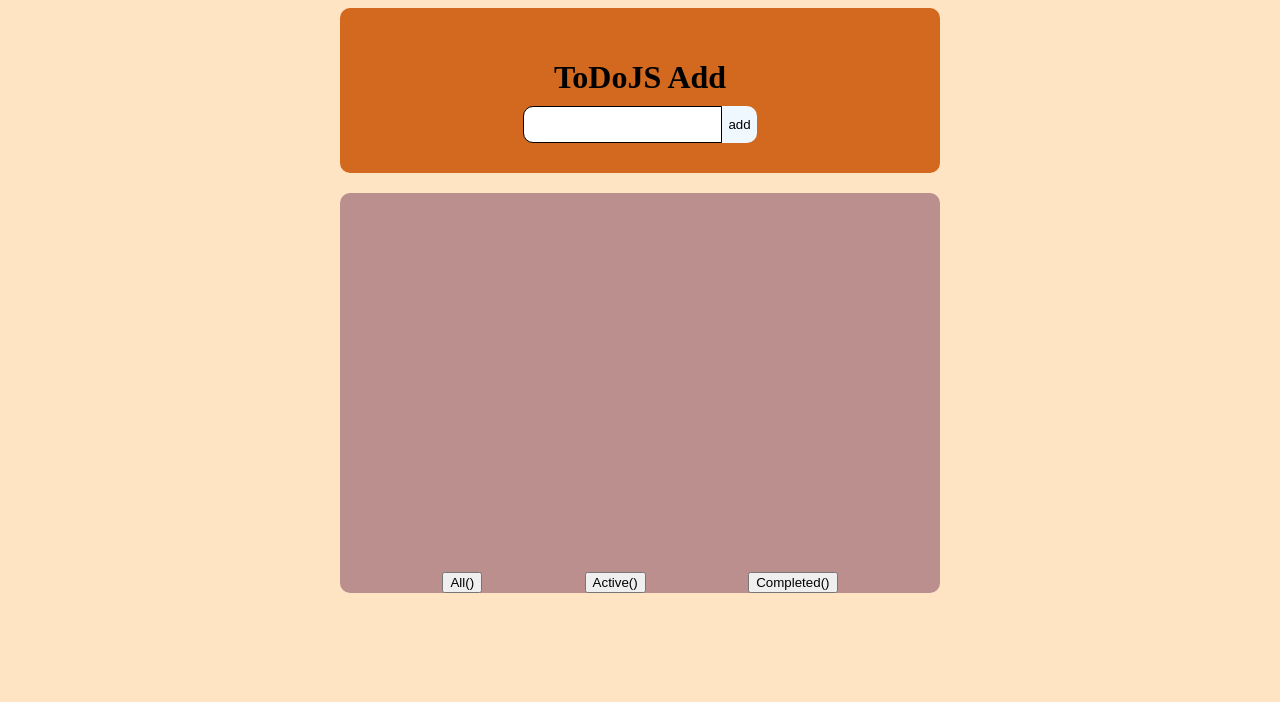
Repository: Savich01/ToDo
Page: index.html
An editor plug-in stored every save of this project. The page is shown before and after the next save, followed by the edit.
The browser window is 1280 px wide. The pictures show the whole page.

Above is the page before, as saved 2024-05-03 14:53:28.

### index.html
<!DOCTYPE html>
<html lang="en">
<head>
    <meta charset="UTF-8">
    <meta name="viewport" content="width=device-width, initial-scale=1.0">
    <link rel="stylesheet" href="css/style.css">
    <title>ToDO</title>
</head>
<body>
    <header class="header">
        <div class="header-block">
            <div class="header-block__sub">
                <h1 class="title">ToDoJS Add</h1>
                <form class="personal" action="#">
                    <input type="text" class="personal-input">
                    <button class="personal-btn">add</button>
                </form>
            </div>
        </div>
    </header>
     <main class="main">
        <div class="main-block">
            <div class="main-container">

            </div>
            <div class="main-button">
                <button class="main-btn1">All()</button>
                <button class="main-btn2">Active()</button>
                <button class="main-btn3">Completed()</button>
            </div>
            </div>
        </div>
     </main>
        <script src="js/script.js"></script>
</body>
</html>

### css/style.css
/*------------HEADER-------------------------------------*/

body {
    max-width: 100%;
    background: #FFE4C4;
}
.header {
    margin-bottom: 20px;
}
.header-block {
    max-width: 600px;
    margin: 0 auto;
    background: #D2691E;
    border-radius: 10px;
}
 .header-block__sub {
    display: flex;
    flex-direction: column;
    justify-content: center;
    align-items: center;
    padding: 30px 0px;
 }

 .title {
    margin-bottom: 10px;
 }

 .personal {
    display: flex;
    justify-content: center;
 }

 .personal-input{
    padding: 10px;
    border: 1px solid #000;
    border-radius: 10px 0px 0px 10px;
 }
.personal-btn {
    border: none;
    background-color: aliceblue;
    border-radius: 0px 10px 10px 0px;
    cursor: pointer;
}
/*------------------MAIN-------------------------------------*/

.main-block {
   max-width: 600px;
   margin: 0 auto;
   background: #BC8F8F;
   height: 400px;
   border-radius: 10px;
}
.main-button {
    /* width: 100%;
    display: flex;
    align-items: center;
    justify-content: space-evenly;
    /* flex-direction: column; */
    /* align-content: flex-start; */
    min-height: 100%;
    display: flex;
    align-items: flex-end;
    justify-content: space-evenly;
}
/*------------------FOOTER--------------------------------------------------*/

Loaded but not shown: js/script.js (no copy from this time; the picture is the same without it)

After the next save:
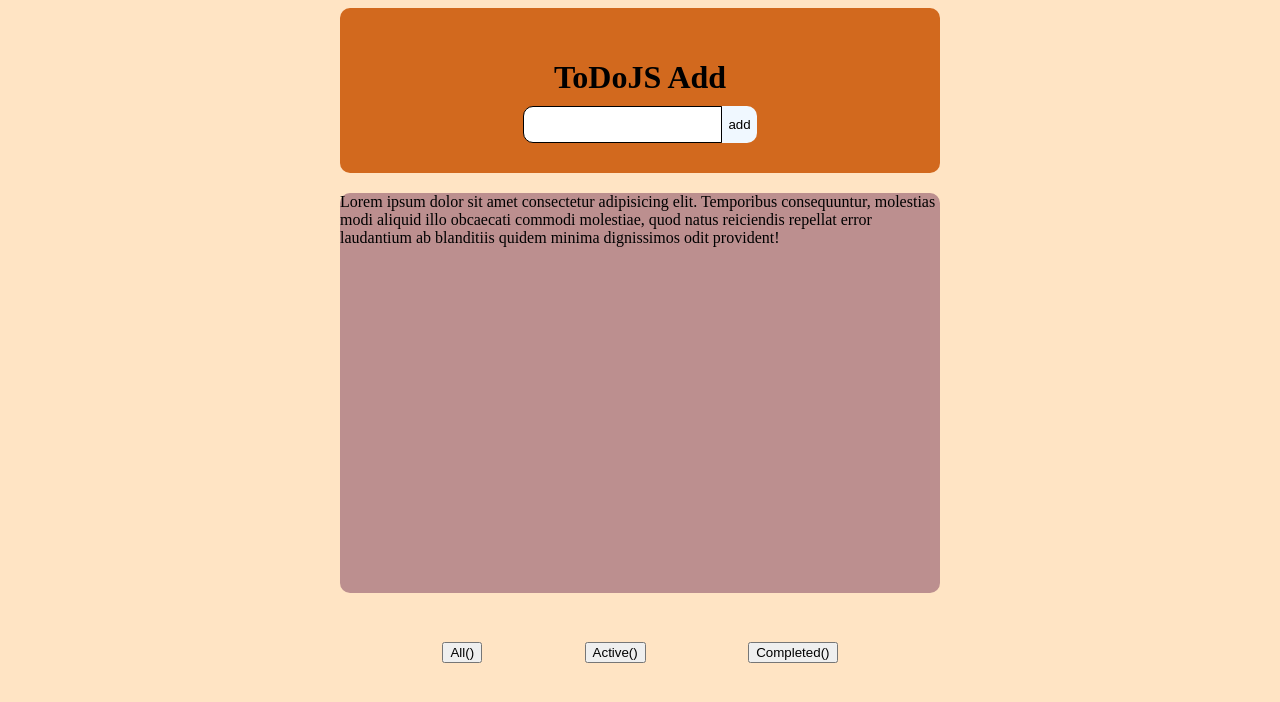
Saved 3 min 54 s later.
--- a/index.html
+++ b/index.html
@@ -21,7 +21,7 @@
      <main class="main">
         <div class="main-block">
             <div class="main-container">
-
+              <p>Lorem ipsum dolor sit amet consectetur adipisicing elit. Temporibus consequuntur, molestias modi aliquid illo obcaecati commodi molestiae, quod natus reiciendis repellat error laudantium ab blanditiis quidem minima dignissimos odit provident!</p>
             </div>
             <div class="main-button">
                 <button class="main-btn1">All()</button>

After the save that followed:
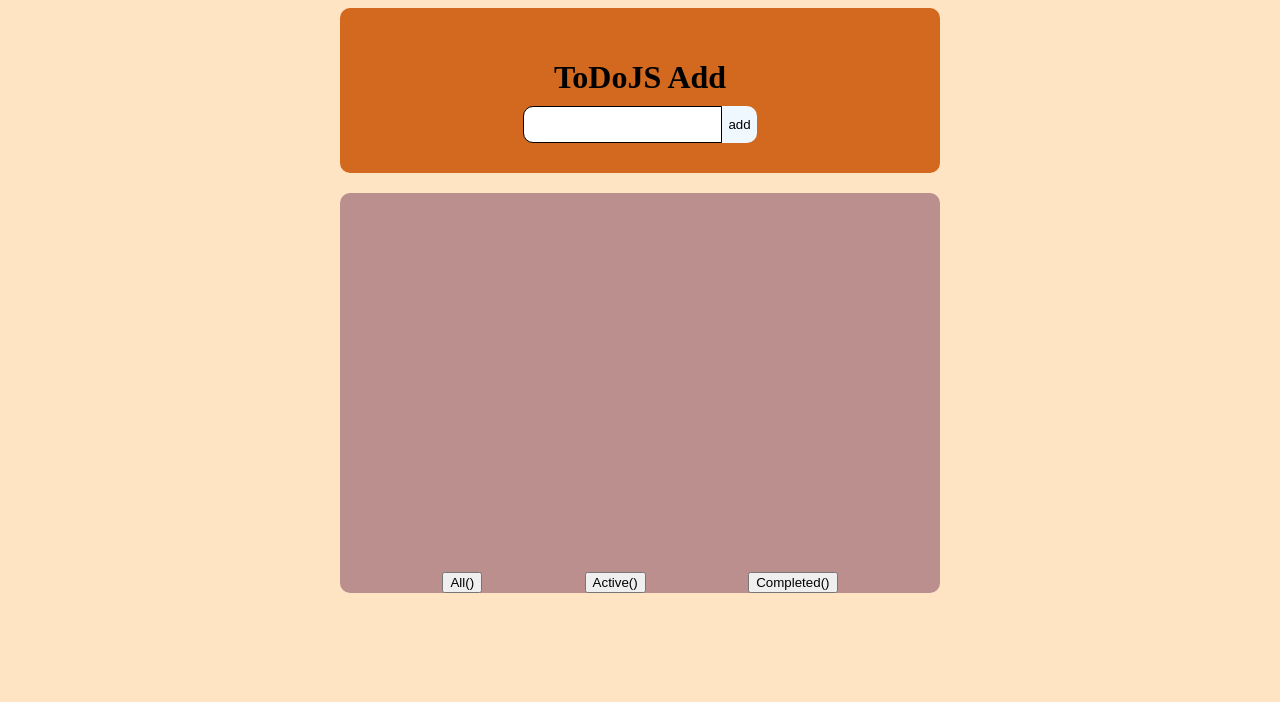
Saved 58 s later.
--- a/index.html
+++ b/index.html
@@ -21,7 +21,7 @@
      <main class="main">
         <div class="main-block">
             <div class="main-container">
-              <p>Lorem ipsum dolor sit amet consectetur adipisicing elit. Temporibus consequuntur, molestias modi aliquid illo obcaecati commodi molestiae, quod natus reiciendis repellat error laudantium ab blanditiis quidem minima dignissimos odit provident!</p>
+
             </div>
             <div class="main-button">
                 <button class="main-btn1">All()</button>
@@ -29,7 +29,6 @@
                 <button class="main-btn3">Completed()</button>
             </div>
             </div>
-        </div>
      </main>
         <script src="js/script.js"></script>
 </body>
